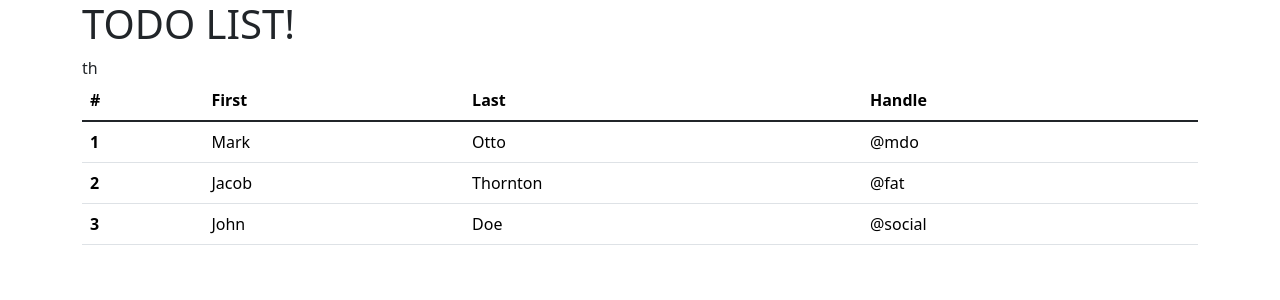
Repository: faizrehmandeveloper-spec/mern
Page: js/todo.html
These files come from the project's save history. The page is drawn as it stood at one moment and after the next save; the edit follows.
The browser window is 1280 px wide. The pictures show the whole page.

Above is the page before, as saved 2026-06-25 11:33:40.

After the next save:
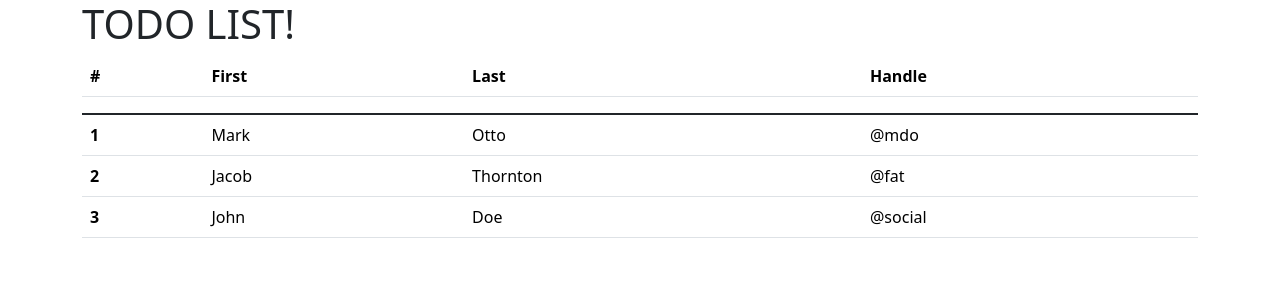
Saved 6 s later.
--- a/js/todo.html
+++ b/js/todo.html
@@ -21,7 +21,7 @@
                     <th scope="col">Handle</th>
                 </tr>
                 <tr>
-                    th
+                    <th></th>
                 </tr>
             </thead>
             <tbody class="table-group-divider">
